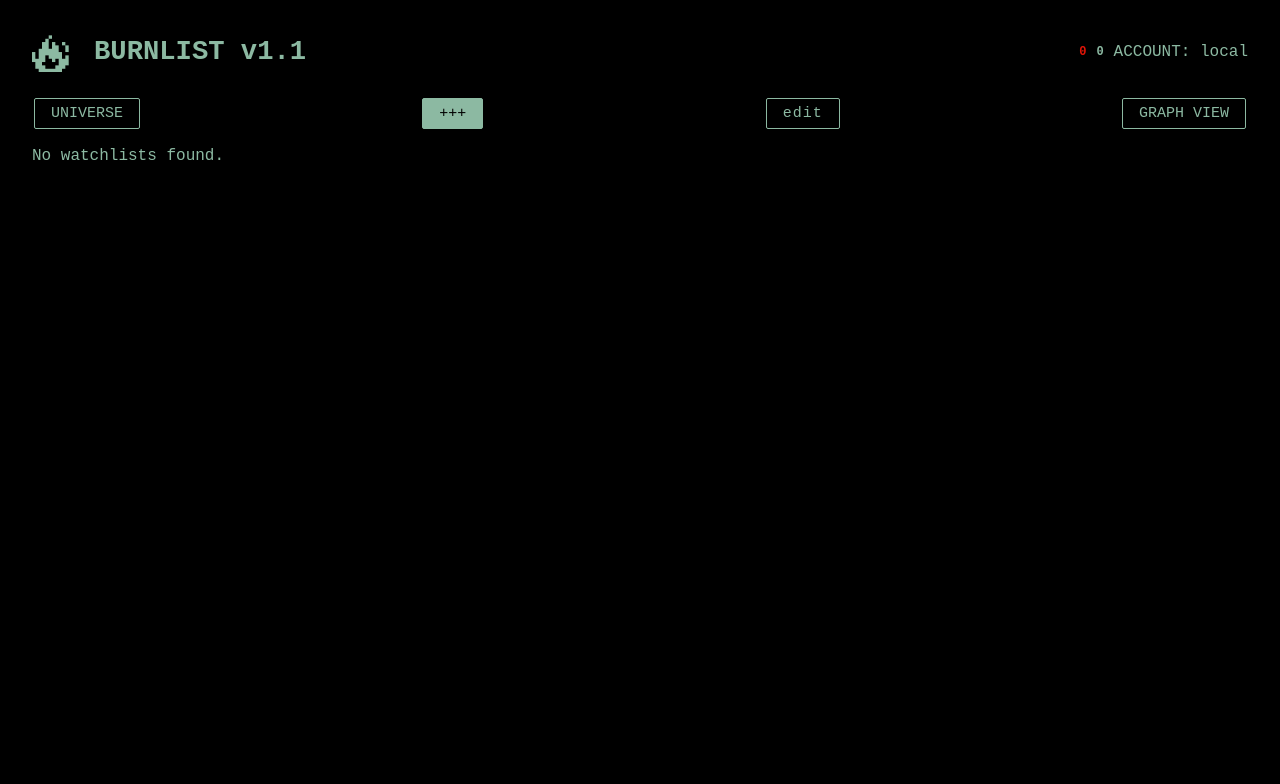
Repository: 11612x/burnlistv1.1
Page: /
The author's editor kept a copy of each file at every save. The page is drawn from the files as they stood at one save, then again after the next save.
The browser window is 1280 px wide. The pictures show the whole page.
The project was rebuilt for these pictures with package versions that can differ from the ones it lists, and the page was loaded fresh each time. Also part of the build but not shown: vite.config.js, src/components/CustomTooltip.jsx, src/logic/portfolioUtils.js, src/components/WatchlistChart.jsx, src/components/NotificationBanner.jsx, src/components/WatchlistHeader.jsx, src/components/TimeframeSelector.jsx, src/hooks/useAverageReturn.js and 14 more.

Above is the page before, as saved 2025-07-14 23:38:50.

### index.html
<!DOCTYPE html>
<html lang="en">
  <head>
    <meta charset="UTF-8" />
    <meta name="viewport" content="width=device-width, initial-scale=1.0" />
    <title>Burnlist</title>
    <link rel="icon" type="image/x-icon" href="/favicon.ico" />
  </head>
  <body>
    <div id="root"></div>
    <script type="module" src="/src/main.jsx"></script>
  </body>
</html>

### src/main.jsx
import React from 'react';
import ReactDOM from 'react-dom/client';
import App from './App';
import './index.css';
import MockWatchlistPage from './pages/MockWatchlistPage';

console.log("MAIN.JSX is running");


ReactDOM.createRoot(document.getElementById('root')).render(<App />);

### src/index.css
body, html, #root {
  margin: 0;
  padding: 0;
  height: 100%;
  background-color: black;
  color: #0de309;
  font-family: 'Courier New', Courier, monospace;
}

### src/pages/HomePage.jsx
import React, { useEffect, useState, useRef, useMemo, useCallback } from 'react';
import WatchlistChart from '@components/WatchlistChart';
import { randomNames } from '@data/randomNames';
import { v4 as uuidv4 } from 'uuid';
import { Link } from 'react-router-dom';
import { generateFixedMockWatchlist } from '@data/mockTickerGenerator';
import { fetchManager } from '@data/fetchManager';
import NotificationBanner from '@components/NotificationBanner';
import CustomButton from '@components/CustomButton';
import logo from '../assets/logo.png';
import logoblack from '../assets/logoblack.png';
import { useTheme, useThemeColor } from '../ThemeContext';

const slugify = (text) =>
  text
    .toString()
    .toLowerCase()
    .trim()
    .replace(/[^a-z0-9 -]/g, '')
    .replace(/\s+/g, '-')
    .replace(/-+/g, '-');

const CRT_GREEN = 'rgb(140,185,162)';

const HomePage = ({ watchlists = {}, setWatchlists }) => {
  const [view, setView] = useState('terminal'); // 'graph' or 'terminal'
  const [notification, setNotification] = useState('');
  const [notificationType, setNotificationType] = useState('info');
  const [editMode, setEditMode] = useState(false);
  const [justClicked, setJustClicked] = useState(false);
  // Always use MAX timeframe
  const selectedTimeframe = 'MAX';
  const [isLoading, setIsLoading] = useState(false);
  const [error, setError] = useState(null);
  const { isInverted, toggleTheme } = useTheme();
  const green = useThemeColor(CRT_GREEN);
  const black = useThemeColor('black');
  const red = useThemeColor('#e31507');
  const gray = useThemeColor('#888');

  // Calculate unique real tickers across all watchlists (move this up)
  const uniqueRealTickers = useMemo(() => {
    const all = Object.values(watchlists)
      .flatMap(wl => (wl.items || []).map(item => item.symbol))
      .filter(sym => sym && typeof sym === 'string' && !sym.startsWith('#'));
    return Array.from(new Set(all.map(s => s.toUpperCase())));
  }, [watchlists]);

  // Fetch counter state
  const [fetchCount, setFetchCount] = useState(() => {
    const stored = localStorage.getItem('burnlist_fetch_count');
    return stored ? parseInt(stored, 10) : 0;
  });

  // Utility: Check if it's 9:29am ET (reset time)
  function isResetTimeNY() {
    const now = new Date();
    const nyTime = new Date(now.toLocaleString('en-US', { timeZone: 'America/New_York' }));
    return nyTime.getHours() === 9 && nyTime.getMinutes() === 29;
  }

  // Reset fetch count at 9:29am ET
  useEffect(() => {
    const interval = setInterval(() => {
      if (isResetTimeNY()) {
        setFetchCount(0);
        localStorage.setItem('burnlist_fetch_count', '0');
      }
    }, 60 * 1000); // check every minute
    return () => clearInterval(interval);
  }, []);

  // Helper to increment fetch count
  const incrementFetchCount = () => {
    setFetchCount(prev => {
      const next = prev + 1;
      localStorage.setItem('burnlist_fetch_count', String(next));
      return next;
    });
  };

  // Auto-refresh logic using fetch manager
  // Remove auto-fetching from homepage - only manual refresh
  useEffect(() => {
    // Clean up any active fetch for homepage when component unmounts
    return () => {
      fetchManager.cancelFetch('homepage');
    };
  }, []);



  const handleCreateWatchlist = () => {
    setJustClicked(true);
    setTimeout(() => setJustClicked(false), 150);
    const name = randomNames[Math.floor(Math.random() * randomNames.length)];
    const slug = slugify(name);
    // Check if name already exists (case-insensitive)
    const exists = Object.values(watchlists).some(w => w.name && w.name.toLowerCase() === name.toLowerCase());
    if (exists) {
      setNotification('⚠️ Name already exists');
      setNotificationType('error');
      return;
    }
    const newList = {
      id: uuidv4(),
      name,
      slug,
      items: [],
      reason: '',
      createdAt: new Date().toISOString(),
    };
    const updated = { ...watchlists, [newList.id]: newList };
    setWatchlists(updated);
    localStorage.setItem('burnlist_watchlists', JSON.stringify(updated));
    setNotification('');
  };

  const handleDeleteWatchlist = (id) => {
    // Find the correct key in the watchlists object that matches this id
    const keyToDelete = Object.keys(watchlists).find(key => watchlists[key].id === id);

    if (!keyToDelete) {
      console.log('🗑️ Could not find watchlist with id:', id);
      return;
    }

    const { [keyToDelete]: deleted, ...remaining } = watchlists;
    setWatchlists(remaining);
    localStorage.setItem('burnlist_watchlists', JSON.stringify(remaining));
    if (deleted) {
      console.log('🗑️ Deleted watchlist:', deleted.name);
    } else {
      console.log('🗑️ Deleted watchlist with id:', id);
    }
  };

  const handleUpdateWatchlistName = useCallback((id, newName) => {
    // Prevent duplicate names (case-insensitive, except for current)
    const duplicate = Object.values(watchlists).some(w => w.id !== id && w.name && w.name.toLowerCase() === newName.toLowerCase());
    if (duplicate) {
      setNotification('⚠️ Name already exists');
      setNotificationType('error');
      return;
    }
    setWatchlists((prev) => {
      const updated = { ...prev };
      if (updated[id]) {
        updated[id] = { ...updated[id], name: newName, slug: slugify(newName) };
        // If the new name starts with '!', inject mock data and overwrite items
        if (typeof newName === 'string' && newName.startsWith('!')) {
          const mock = generateFixedMockWatchlist({ numTickers: 4, days: 130 });
          updated[id].items = mock.items;
        }
      }
      localStorage.setItem('burnlist_watchlists', JSON.stringify(updated));
      return updated;
    });
  }, [setWatchlists, watchlists]);

  const handleUpdateWatchlistReason = useCallback((id, newReason) => {
    const updated = {
      ...watchlists,
      [id]: {
        ...watchlists[id],
        reason: newReason
      }
    };
    setWatchlists(updated);
    localStorage.setItem('burnlist_watchlists', JSON.stringify(updated));
  }, [setWatchlists, watchlists]);

  // Track editing state and previous name for each watchlist
  const [editingNames, setEditingNames] = useState({}); // { [id]: { value, prev } }

  // When entering edit mode, initialize editingNames
  useEffect(() => {
    if (editMode) {
      const initial = {};
      Object.values(watchlists).forEach(wl => {
        initial[wl.id] = { value: wl.name, prev: wl.name };
      });
      setEditingNames(initial);
    } else {
      setEditingNames({});
    }
  }, [editMode, watchlists]);

  // Handler for input change (just update local state)
  const handleEditNameInput = (id, value) => {
    setEditingNames(prev => ({ ...prev, [id]: { ...prev[id], value } }));
  };

  // Handler for blur or 'Done' (validate and commit)
  const commitEditName = (id) => {
    const newName = editingNames[id]?.value || '';
    // Prevent duplicate names (case-insensitive, except for current)
    const duplicate = Object.values(watchlists).some(w => w.id !== id && w.name && w.name.toLowerCase() === newName.toLowerCase());
    if (duplicate) {
      setNotification('⚠️ Name already exists');
      setNotificationType('error');
      // Revert to previous name
      setEditingNames(prev => ({ ...prev, [id]: { ...prev[id], value: prev[id].prev } }));
      return;
    }
    // Commit the name change
    setWatchlists((prev) => {
      const updated = { ...prev };
      if (updated[id]) {
        updated[id] = { ...updated[id], name: newName, slug: slugify(newName) };
        if (typeof newName === 'string' && newName.startsWith('!')) {
          const mock = generateFixedMockWatchlist({ numTickers: 4, days: 130 });
          updated[id].items = mock.items;
        }
      }
      localStorage.setItem('burnlist_watchlists', JSON.stringify(updated));
      return updated;
    });
    setEditingNames(prev => ({ ...prev, [id]: { ...prev[id], prev: newName } }));
  };

  const sortedWatchlists = useMemo(() => Object.values(watchlists), [watchlists]);
  // Memoize lastReturn for each watchlist
  const lastReturns = useMemo(() => {
    return sortedWatchlists.map(wl => {
      const tickers = wl.items || [];
      if (!tickers.length) return 0;
      const last = tickers.map(t => {
        const data = t.historicalData;
        if (!Array.isArray(data) || data.length < 2) return 0;
        const start = data[0]?.price;
        const end = data[data.length - 1]?.price;
        if (typeof start !== 'number' || typeof end !== 'number' || start === 0) return 0;
        return ((end - start) / start) * 100;
      });
      return last.reduce((a, b) => a + b, 0) / last.length;
    });
  }, [sortedWatchlists]);



  return (
    <div style={{
      fontFamily: 'Courier New',
      color: green,
      backgroundColor: black,
      minHeight: '100vh',
      padding: '32px',
      transition: 'background 0.3s, color 0.3s'
    }}>
      <div style={{ display: 'flex', justifyContent: 'space-between', marginBottom: 24 }}>
        <div style={{ display: 'flex', alignItems: 'center', gap: 12 }}>
          <button
            onClick={toggleTheme}
            style={{
              border: 'none',
              background: 'none',
              padding: 0,
              cursor: 'pointer',
              display: 'flex',
              alignItems: 'center',
            }}
            aria-label="Toggle theme"
          >
            <img src={isInverted ? logoblack : logo} alt="Burnlist Logo" style={{ width: 40, height: 40, marginRight: 10, transition: 'filter 0.3s' }} />
          </button>
          <strong style={{ fontSize: '170%', lineHeight: '40px', display: 'inline-block', color: green }}>BURNLIST v1.1</strong>
        </div>
        <div style={{ display: 'flex', alignItems: 'center', gap: 10 }}>
          <span style={{ color: red, fontWeight: 'bold', fontSize: 12 }}>{uniqueRealTickers.length}</span>
          <span style={{ color: green, fontWeight: 'bold', fontSize: 12 }}>{fetchCount}</span>
          <span
            onClick={() => {
              const data = JSON.parse(localStorage.getItem('burnlist_watchlists'));
              console.log('🧪 Current localStorage burnlist_watchlists:', data);
            }}
            style={{ cursor: 'pointer', color: green }}
          >
            ACCOUNT: local
          </span>
        </div>
      </div>

      <div style={{ display: 'flex', justifyContent: 'space-between', alignItems: 'center', marginBottom: 16 }}>
        <style>
          {`
            .clicked-button {
              background-color: black !important;
              color: ${CRT_GREEN} !important;
            }
          `}
        </style>
        <Link to="/universes" style={{ textDecoration: 'none' }}>
          <CustomButton
            style={{
              backgroundColor: black,
              color: green,
              border: `1px solid ${green}`
            }}
          >
            UNIVERSE
          </CustomButton>
        </Link>
        <CustomButton
          onClick={handleCreateWatchlist}
          className={justClicked ? 'clicked-button' : ''}
          style={{
            backgroundColor: green,
            color: black,
            transition: 'all 0.2s ease-in-out'
          }}
        >
          +++
        </CustomButton>

        <CustomButton
          onClick={() => {
            setEditMode(!editMode);
            console.log('🛠️ Edit mode:', !editMode);
          }}
          style={{
            background: 'transparent',
            color: green,
            border: `1px solid ${green}`,
            fontFamily: "'Courier New', monospace",
            textTransform: 'lowercase',
            fontWeight: 400,
            letterSpacing: 1,
            boxShadow: 'none',
            borderRadius: 2,
          }}
        >
          {editMode ? 'done' : 'edit'}
        </CustomButton>

        <CustomButton
          onClick={() => {
            setView(view === 'terminal' ? 'graph' : 'terminal');
            console.log('🖥️ View toggled to:', view === 'terminal' ? 'graph' : 'terminal');
          }}
          style={{
            backgroundColor: black,
            color: green,
            border: `1px solid ${green}`
          }}
        >
          {view === 'terminal' ? 'GRAPH VIEW' : 'TERMINAL VIEW'}
        </CustomButton>
      </div>

      {/* Centralized Notification Banner */}
      {notification && (
        <div style={{ position: 'fixed', top: 24, left: 0, right: 0, zIndex: 10001, display: 'flex', justifyContent: 'center', pointerEvents: 'none' }}>
          <div style={{ minWidth: 320, maxWidth: 480, pointerEvents: 'auto' }}>
            <NotificationBanner
              message={notification}
              type={notificationType}
              onClose={() => setNotification('')}
            />
          </div>
        </div>
      )}

      {/* Loading and error banners */}
      {isLoading && (
        <NotificationBanner
          message="Loading watchlists..."
          type="loading"
        />
      )}
      {error && (
        <NotificationBanner
          message={error}
          type="error"
          onClose={() => setError(null)}
        />
      )}

      {Object.keys(watchlists).length === 0 && <p>No watchlists found.</p>}

      <div style={{
        display: 'grid',
        gridTemplateColumns: 'repeat(5, 252px)',
        rowGap: '20px',
        columnGap: '20px',
        margin: '70px 0 1px 0',
        justifyContent: 'center',
        alignItems: 'start',
      }}>
      {sortedWatchlists.map((item, idx, arr) => {
        const tickers = item.items || [];
        const lastReturn = lastReturns[idx];
        const isPositive = lastReturn >= 0;
        const chartColor = isPositive ? CRT_GREEN : '#e31507';
        const returnColor = chartColor;
        // Calculate best/worst performer and risk indicator
        let bestPerformer = null;
        let worstPerformer = null;
        let riskIndicator = tickers.length === 0 ? 'None' : 'LOW';

        if (tickers.length > 0) {
          const performances = tickers.map(t => {
            const data = t.historicalData;
            if (!Array.isArray(data) || data.length < 2) return { symbol: t.symbol, return: 0 };
            const start = data[0]?.price;
            const end = data[data.length - 1]?.price;
            if (typeof start !== 'number' || typeof end !== 'number' || start === 0) return { symbol: t.symbol, return: 0 };
            const returnPercent = ((end - start) / start) * 100;
            return { symbol: t.symbol, return: returnPercent };
          });

          bestPerformer = performances.reduce((best, current) =>
            current.return > best.return ? current : best, performances[0]);
          worstPerformer = performances.reduce((worst, current) =>
            current.return < worst.return ? current : worst, performances[0]);

          // Simple risk indicator: HIGH if any stock >20% loss, MEDIUM if any >10% loss, LOW otherwise
          const maxLoss = Math.min(...performances.map(p => p.return));
          const maxGain = Math.max(...performances.map(p => p.return));
          const volatility = maxGain - maxLoss;

          if (maxLoss < -20 || volatility > 50) riskIndicator = 'HIGH';
          else if (maxLoss < -10 || volatility > 30) riskIndicator = 'MED';
          else riskIndicator = 'LOW';
        }

        // Get last update time (use the most recent timestamp from historical data)
        let lastUpdate = 'Unknown';
        if (tickers.length > 0) {
          const timestamps = tickers.flatMap(t =>
            t.historicalData?.map(d => new Date(d.timestamp).getTime()) || []
          );
          if (timestamps.length > 0) {
            const latest = Math.max(...timestamps);
            const now = Date.now();
            const diffHours = Math.floor((now - latest) / (1000 * 60 * 60));
            if (diffHours < 1) lastUpdate = 'Just now';
            else if (diffHours < 24) lastUpdate = `${diffHours}h ago`;
            else lastUpdate = `${Math.floor(diffHours / 24)}d ago`;
          }
        }
        const cardContent = (
          <div style={{
            width: 252,
            height: editMode ? 250 : (view === 'graph' ? 220 : 120),
            fontFamily: 'Courier New',
            background: 'transparent',
            padding: '10px 8px',
            margin: 0,
            border: `1px solid ${green}`,
            borderRadius: 0,
            boxShadow: 'none',
            display: 'flex',
            flexDirection: 'column',
            alignItems: 'stretch',
            justifyContent: 'flex-start',
            position: 'relative',
            boxSizing: 'border-box',
            overflow: 'hidden',
          }}>
            {/* Name (editable) */}
            {editMode ? (
              <input
                value={editingNames[item.id]?.value ?? item.name}
                onChange={e => handleEditNameInput(item.id, e.target.value)}
                onBlur={() => commitEditName(item.id)}
                onKeyDown={e => {
                  if (e.key === 'Enter') {
                    e.preventDefault();
                    commitEditName(item.id);
                  }
                }}
                style={{
                  fontFamily: 'Courier New',
                  fontSize: 18,
                  color: green,
                  background: black,
                  border: `1px solid ${gray}`,
                  marginBottom: 4,
                  padding: '2px 4px',
                  width: '100%',
                  fontWeight: 'bold',
                  overflow: 'hidden',
                  textOverflow: 'ellipsis',
                  whiteSpace: 'nowrap',
                }}
              />
            ) : (
              <div style={{ fontSize: 18, color: green, fontWeight: 'bold', marginBottom: 4, overflow: 'hidden', textOverflow: 'ellipsis', whiteSpace: 'nowrap' }}>
                {item.name || `PORTFOLIO ${idx + 1}`}
              </div>
            )}
            {/* Delete button (only in edit mode) */}
            {editMode && (
              <CustomButton
                onClick={() => handleDeleteWatchlist(item.id)}
                style={{
                  backgroundColor: black,
                  color: red,
                  border: `1px solid ${red}`,
                  padding: '2px 6px',
                  marginBottom: 4,
                  fontSize: 10,
                  width: '100%',
                  fontWeight: 'bold'
                }}
              >
                DELETE
              </CustomButton>
            )}
            {/* Reason (editable) */}
            {editMode ? (
              <input
                value={item.reason || ''}
                onChange={e => handleUpdateWatchlistReason(item.id, e.target.value)}
                  style={{
                    fontFamily: 'Courier New',
                  fontSize: 14,
                  color: green,
                  background: black,
                  border: `1px solid ${gray}`,
                  marginBottom: 4,
                  padding: '2px 4px',
                  width: '100%',
                  overflow: 'hidden',
                  textOverflow: 'ellipsis',
                  whiteSpace: 'nowrap',
                }}
                placeholder="Reason..."
              />
            ) : (
              <div style={{ fontSize: 14, color: green, marginBottom: 4, overflow: 'hidden', textOverflow: 'ellipsis', whiteSpace: 'nowrap' }}>
                {item.reason || 'N/A'}
              </div>
            )}
            {/* Portfolio info */}
            <div style={{ fontSize: 13, color: green, marginBottom: 2 }}>
              {tickers.length} stocks | Risk: {riskIndicator}
            </div>
            {/* Last update */}
            <div style={{ fontSize: 11, color: gray, marginBottom: 2 }}>
              {lastUpdate}
            </div>
            {/* Return percent in terminal view */}
            {view !== 'graph' && tickers.length > 0 && (
              <div style={{ fontSize: 19, color: isPositive ? green : red, fontWeight: 'bold', marginBottom: 2 }}>
                {lastReturn >= 0 ? '+' : ''}{lastReturn.toFixed(2)}%
              </div>
            )}
            {/* Sparkline with frame only in graph view */}
            {view === 'graph' && tickers.length > 0 && (
              <>
                {/* Return (moved just above chart) */}
                <div style={{ fontSize: 19, color: isPositive ? green : red, fontWeight: 'bold', marginBottom: 2 }}>
                  {lastReturn >= 0 ? '+' : ''}{lastReturn.toFixed(2)}%
                </div>
                <div style={{
                  width: 180,
                  height: 94,
                  alignSelf: 'flex-end',
                  border: `1.5px solid ${green}`,
                  borderRadius: 0,
                  background: black,
                  padding: 1,
                  marginTop: 'auto', // push to bottom
                  display: 'flex',
                  justifyContent: 'flex-end',
                  alignItems: 'flex-end'
                }}>
                  <WatchlistChart
                    portfolioReturnData={tickers.map(t => ({
                      symbol: t.symbol,
                      buyDate: t.buyDate,
                      historicalData: t.historicalData,
                      timeframe: selectedTimeframe
                    }))}
                    showBacktestLine={false}
                    height={94}
                    lineColor={isPositive ? green : red}
                    hideAxes={true}
                    hideBorder={true}
                    showTooltip={false}
                    mini={true}
                  />
                </div>
              </>
            )}
          </div>
        );
        return (
          <div key={item.id} style={{ margin: 0 }}>
            {editMode ? cardContent : (
              <Link to={`/watchlist/${item.slug}`} style={{ textDecoration: 'none', color: 'inherit' }}>
                {cardContent}
              </Link>
            )}
          </div>
        );
      })}
      </div>
    </div>
  );
};

export default HomePage;

Loaded but not shown: src/data/fetchManager.js (384 lines, source omitted); src/data/mockTickerGenerator.js (67 lines, source omitted); src/data/randomNames.js (39 lines, source omitted); src/data/normalizeTicker.js (67 lines, source omitted); src/data/finhubAdapter.js (46 lines, source omitted); src/App.jsx (67 lines, source omitted); src/ThemeContext.jsx (42 lines, source omitted); src/components/CustomButton.jsx (33 lines, source omitted)

After the next save:
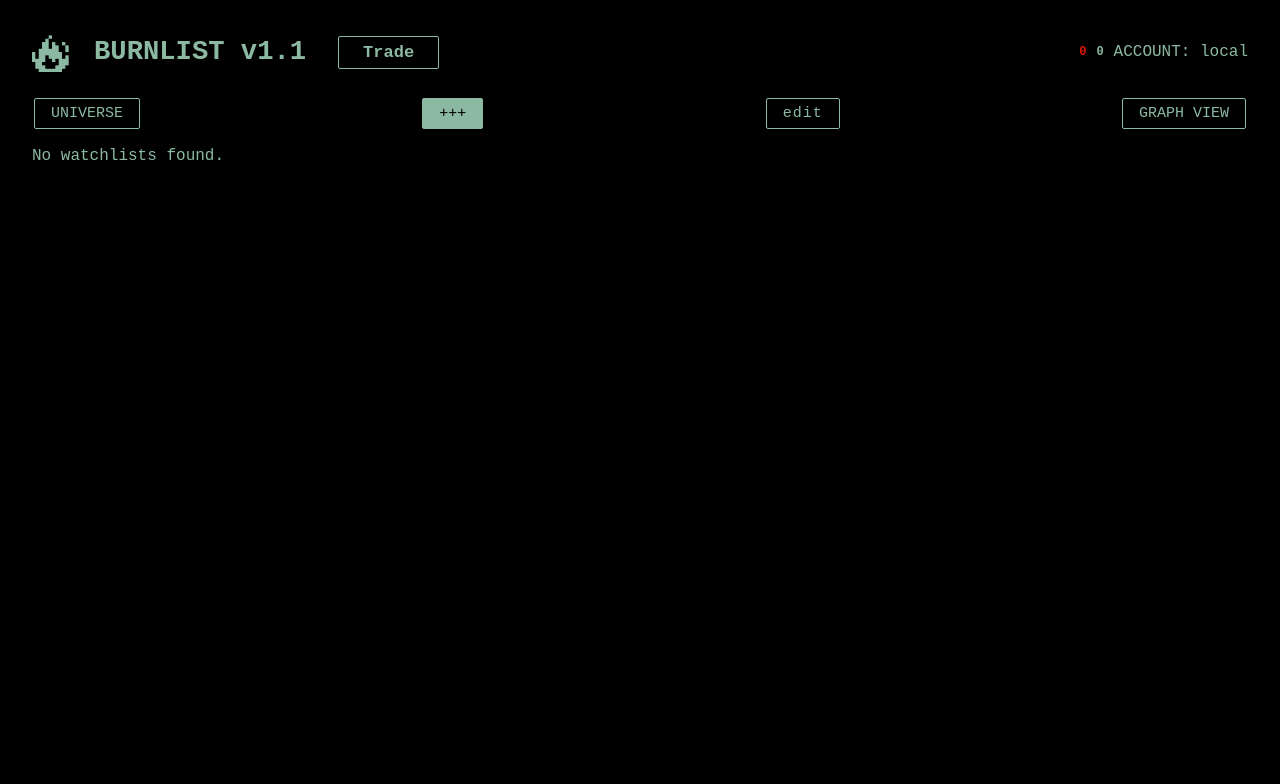
Saved 20 s later.
--- a/src/pages/HomePage.jsx
+++ b/src/pages/HomePage.jsx
@@ -265,6 +265,9 @@ const HomePage = ({ watchlists = {}, setWatchlists }) => {
             <img src={isInverted ? logoblack : logo} alt="Burnlist Logo" style={{ width: 40, height: 40, marginRight: 10, transition: 'filter 0.3s' }} />
           </button>
           <strong style={{ fontSize: '170%', lineHeight: '40px', display: 'inline-block', color: green }}>BURNLIST v1.1</strong>
+          <Link to="/trade" style={{ textDecoration: 'none', marginLeft: 18 }}>
+            <CustomButton style={{ fontWeight: 700, fontSize: 17, padding: '6px 24px' }}>Trade</CustomButton>
+          </Link>
         </div>
         <div style={{ display: 'flex', alignItems: 'center', gap: 10 }}>
           <span style={{ color: red, fontWeight: 'bold', fontSize: 12 }}>{uniqueRealTickers.length}</span>
